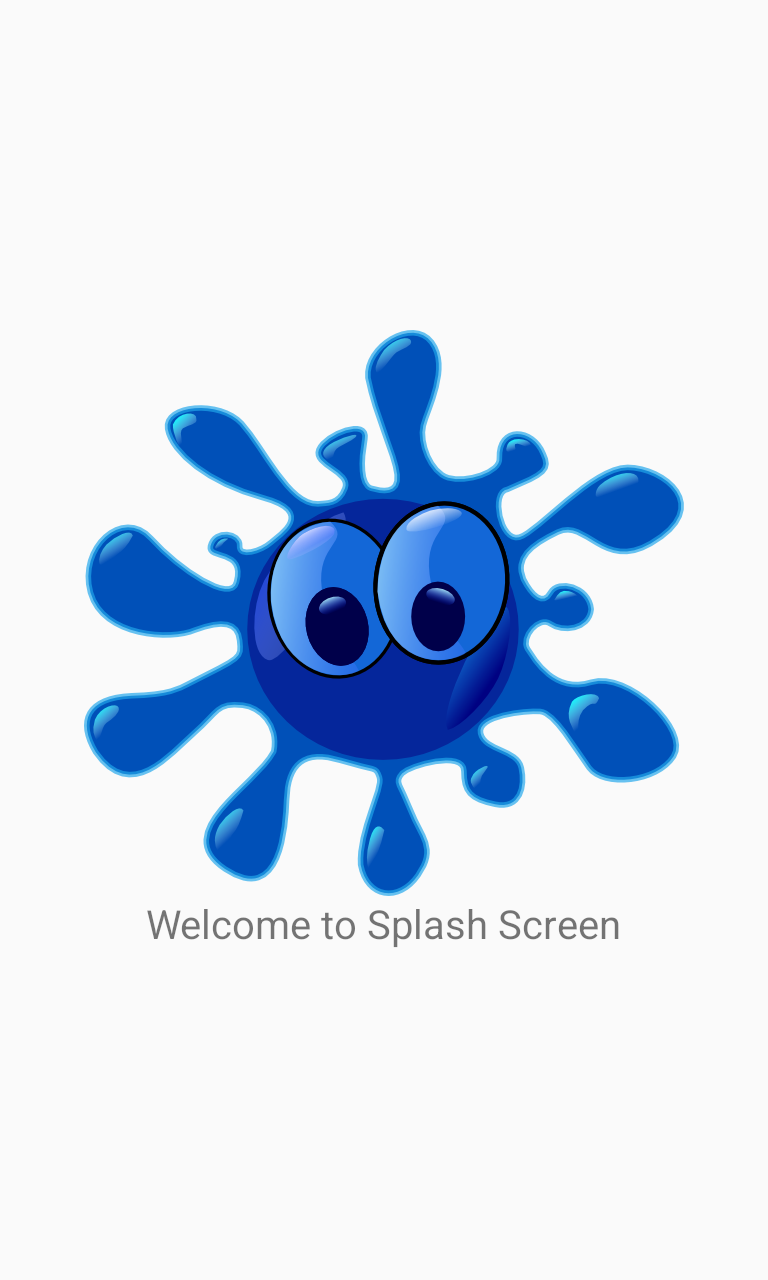
Repository: AlvaroCortez/Assigment1
Layout: SplashScreen/res/layout/activity_main.xml
The author's editor kept a copy of each file at every save. The layout is drawn from the files as they stood at one save, then again after the next save.
It is drawn on a 768 x 1280 px phone screen (xhdpi) without system bars, with theme AppTheme; the app's code is not run.

Above is the layout before, as saved 2014-04-27 17:53:42.

After the next save:
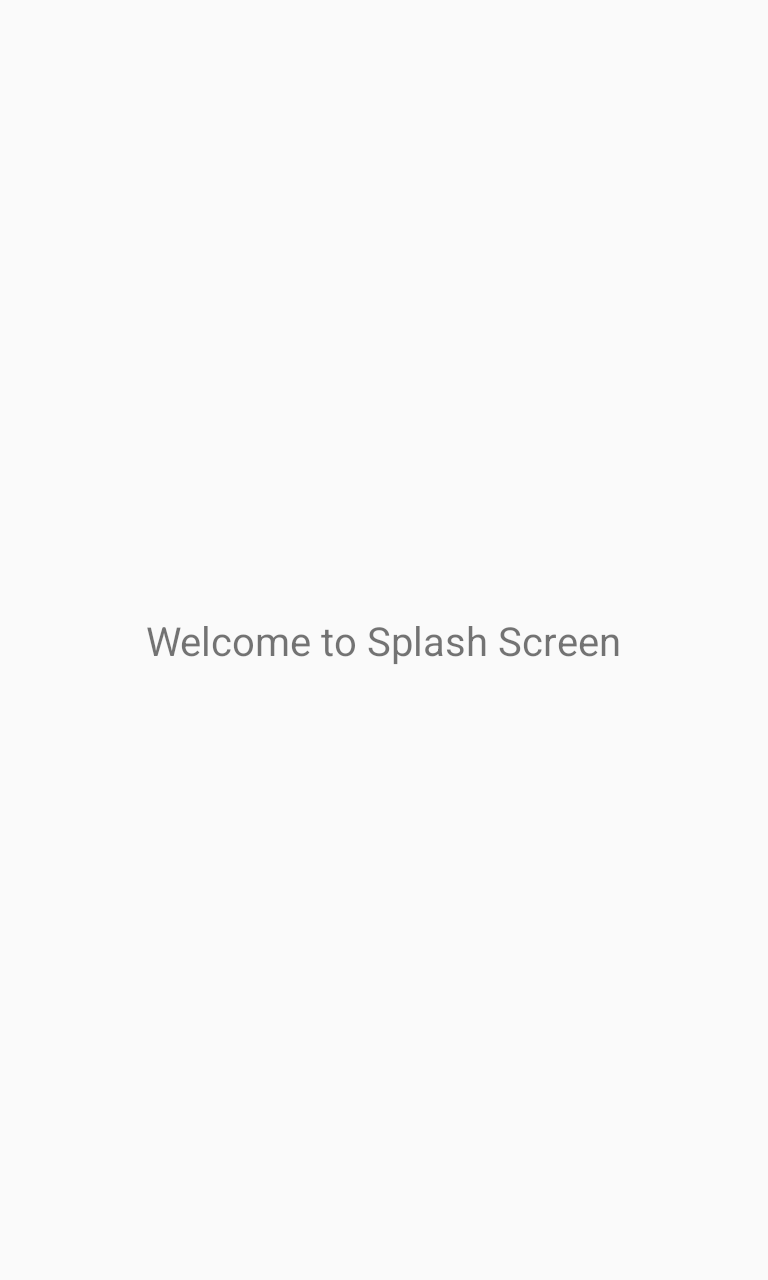
Saved 53 s later.
--- a/SplashScreen/res/layout/activity_main.xml
+++ b/SplashScreen/res/layout/activity_main.xml
@@ -5,12 +5,7 @@
     android:gravity="center"
     android:orientation="vertical" >
 
-    <ImageView
-        android:layout_width="wrap_content"
-        android:layout_height="wrap_content"
-        android:contentDescription="@string/app_name"
-        android:src="@drawable/splash">
-        </ImageView>
+
 
         <TextView
         android:id="@+id/splash_message"

After the save that followed:
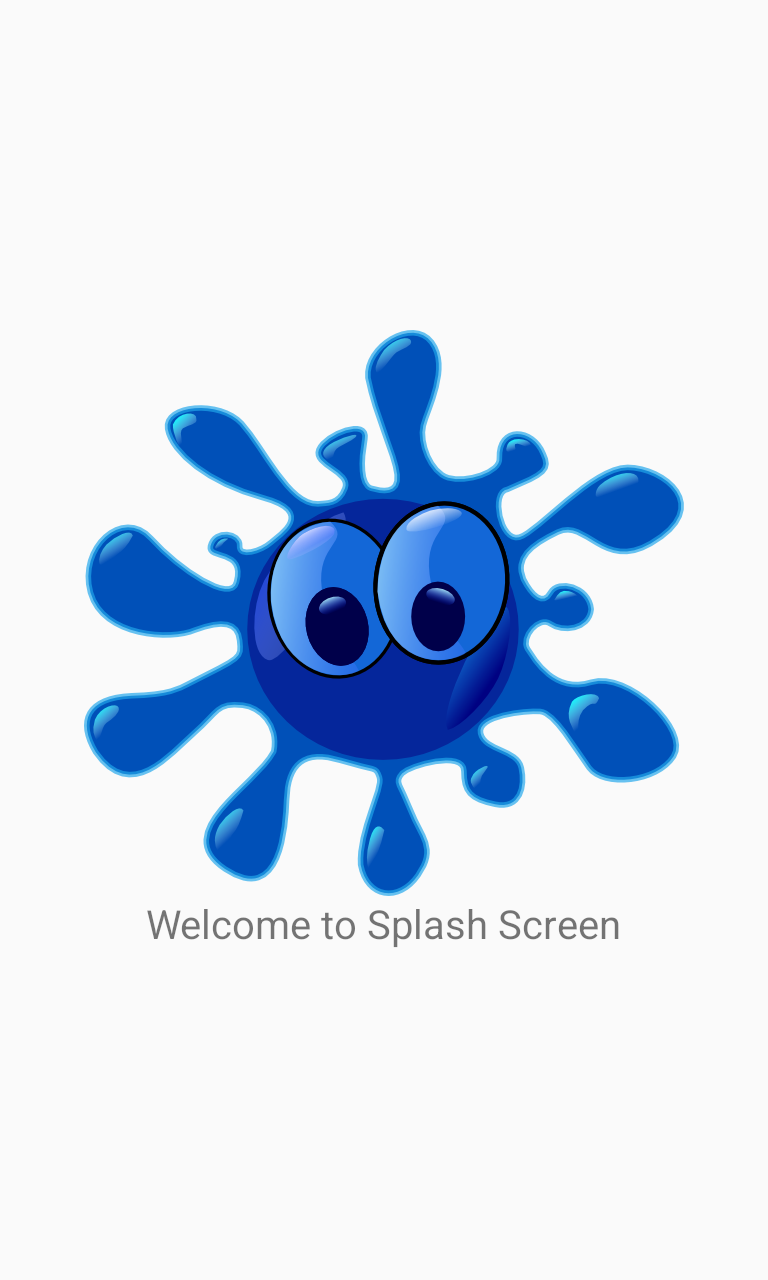
Saved 39 s later.
--- a/SplashScreen/res/layout/activity_main.xml
+++ b/SplashScreen/res/layout/activity_main.xml
@@ -5,7 +5,12 @@
     android:gravity="center"
     android:orientation="vertical" >
 
-
+    <ImageView
+        android:layout_width="wrap_content"
+        android:layout_height="wrap_content"
+        android:contentDescription="@string/app_name"
+        android:src="@drawable/splash">
+        </ImageView>
 
         <TextView
         android:id="@+id/splash_message"
